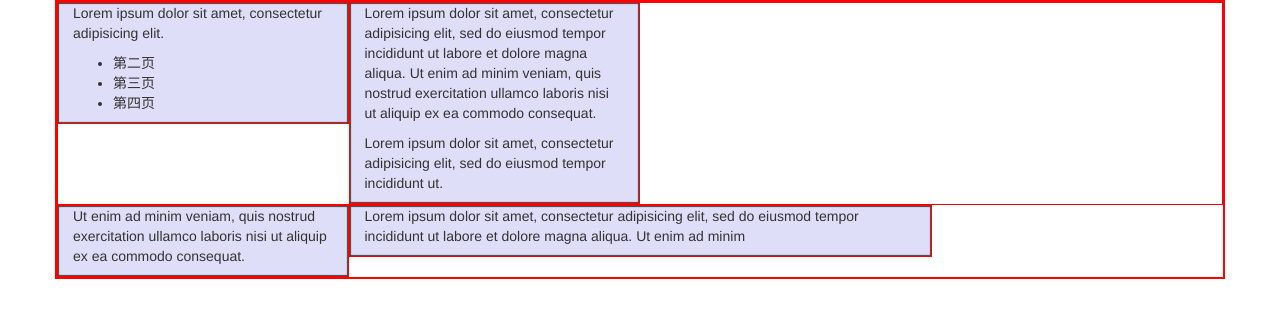
Repository: dushengwei/Bootstrap
Page: code/code/WebContent/one.html
These files come from the project's save history. The page is drawn as it stood at one moment and after the next save; the edit follows.
The browser window is 1280 px wide. The pictures show the whole page.

Above is the page before, as saved 2017-02-15 09:30:58.

### code/code/WebContent/one.html
<!DOCTYPE html PUBLIC "-//W3C//DTD HTML 4.01 Transitional//EN" "http://www.w3.org/TR/html4/loose.dtd">
<html>
<head>
<meta http-equiv="Content-Type" content="text/html; charset=UTF-8">
<title>Insert title here</title>
<meta name="viewport" content="width=device-width,initial-scale=1.0">
<!--引入BootStrap  -->
<link rel="stylesheet" type="text/css" href="lib/css/bootstrap.min.css" />

<!-- HTML5 Shim 和 Respond.js 用于让 IE8 支持 HTML5元素和媒体查询 -->
<!-- 注意： 如果通过 file://  引入 Respond.js 文件，则该文件无法起效果 -->
<!-- html5 简单标签兼容ie9一下 -->
<!--[if lt IE 9]>
  <script type="text/javascript" src="lib/js/html5shiv.js"></script>
  <script src="https://oss.maxcdn.com/libs/respond.js/1.3.0/respond.min.js"></script>
<![endif] -->

<script type="text/javascript" src="lib/js/jquery.js"></script>
<script type="text/javascript" src="lib/js/bootstrap.min.js"></script>
<style type="text/css">
div {
	border: solid 1px red;
}
</style>
</head>
<body>
	<div class="container">
		<div class="row">
			<div class="col-xs-12 col-sm-3"
				style="background-color: #dedef8; box-shadow: inset 1px -1px 1px #444, inset -1px 1px 1px #444;">
				<p>Lorem ipsum dolor sit amet, consectetur adipisicing elit.</p>
				<ul class="hid">
					<li id="two">第二页</li>
					<li id="three">第三页</li>
					<li id="four">第四页</li>
				</ul>
			</div>
			<div id="twoa" class="col-sm-3 hidden-xs"
				style="background-color: #dedef8; box-shadow: inset 1px -1px 1px #444, inset -1px 1px 1px #444;">
				<p>Lorem ipsum dolor sit amet, consectetur adipisicing elit, sed
					do eiusmod tempor incididunt ut labore et dolore magna aliqua. Ut
					enim ad minim veniam, quis nostrud exercitation ullamco laboris
					nisi ut aliquip ex ea commodo consequat.</p>
				<p>Lorem ipsum dolor sit amet, consectetur adipisicing elit, sed
					do eiusmod tempor incididunt ut.</p>
			</div>

			<div class="clearfix hidden-xs"></div>

			<div id="threea" class="col-xs-6 col-sm-3 hidden-xs"
				style="background-color: #dedef8; box-shadow: inset 1px -1px 1px #444, inset -1px 1px 1px #444;">
				<p>Ut enim ad minim veniam, quis nostrud exercitation ullamco
					laboris nisi ut aliquip ex ea commodo consequat.</p>
			</div>
			<div id="foura" class="col-xs-6 hidden-xs"
				style="background-color: #dedef8; box-shadow: inset 1px -1px 1px #444, inset -1px 1px 1px #444;">
				<p>Lorem ipsum dolor sit amet, consectetur adipisicing elit, sed
					do eiusmod tempor incididunt ut labore et dolore magna aliqua. Ut
					enim ad minim</p>
			</div>
		</div>
	</div>
</body>
</html>

Loaded but not shown: code/code/WebContent/lib/css/bootstrap.min.css (library); code/code/WebContent/lib/js/jquery.js (library); code/code/WebContent/lib/js/bootstrap.min.js (library)

After the next save:
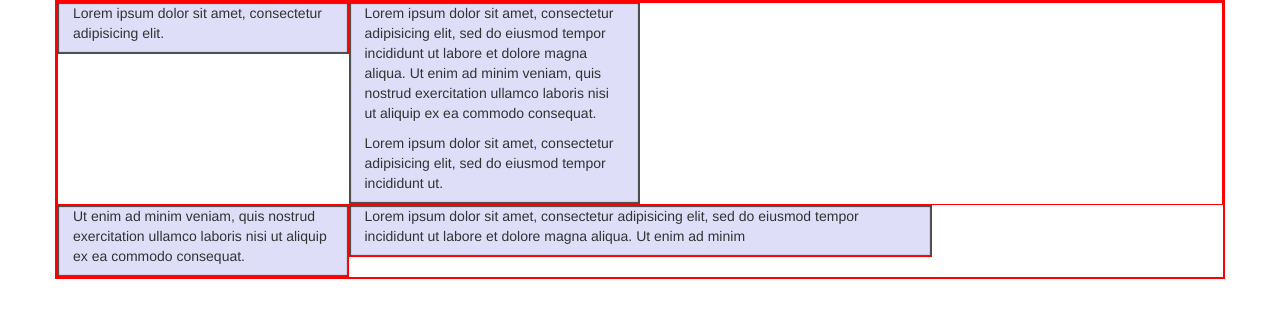
Saved 27 s later.
--- a/code/code/WebContent/one.html
+++ b/code/code/WebContent/one.html
@@ -29,7 +29,7 @@
 			<div class="col-xs-12 col-sm-3"
 				style="background-color: #dedef8; box-shadow: inset 1px -1px 1px #444, inset -1px 1px 1px #444;">
 				<p>Lorem ipsum dolor sit amet, consectetur adipisicing elit.</p>
-				<ul class="hid">
+				<ul class="hid dropdown-menu">
 					<li id="two">第二页</li>
 					<li id="three">第三页</li>
 					<li id="four">第四页</li>
